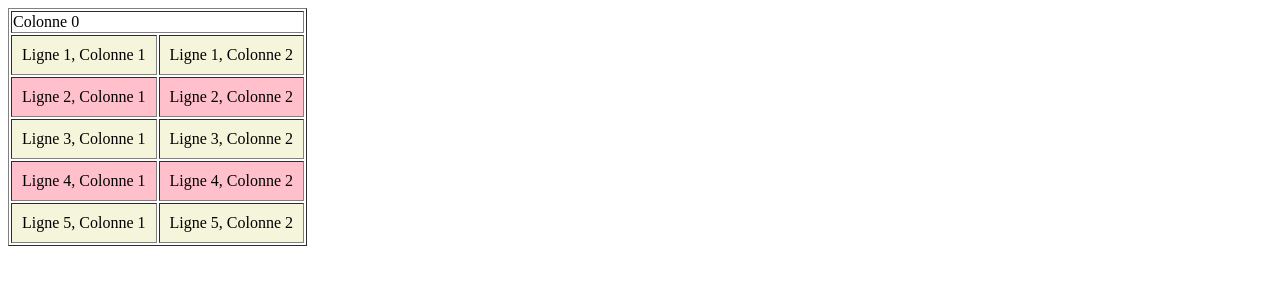
Repository: Chaimaa482/web-tp4
Page: ex1.html
The author's editor kept a copy of each file at every save. The page is drawn from the files as they stood at one save, then again after the next save.
The browser window is 1280 px wide. The pictures show the whole page.

Above is the page before, as saved 2023-10-22 15:53:29.

After the next save:
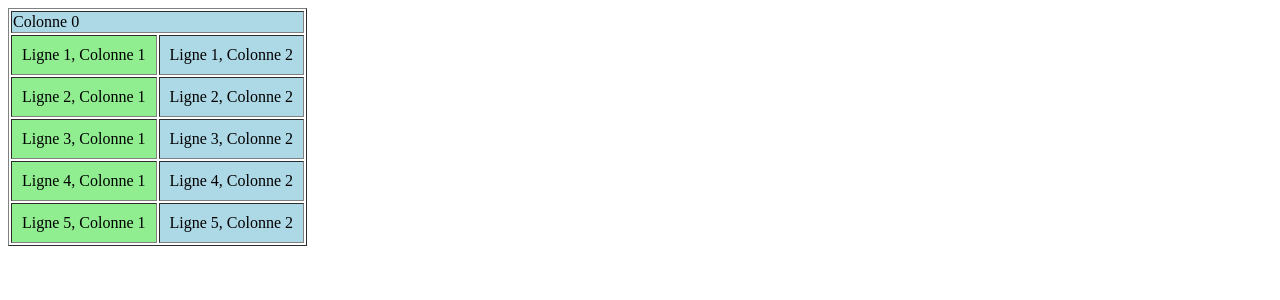
Saved 62 s later.
--- a/ex1.html
+++ b/ex1.html
@@ -2,6 +2,14 @@
 <html>
 <head>
 </head>
+<style>
+    .col1 {
+        background-color: lightblue;
+    }
+    .col2 {
+        background-color: lightgreen;
+    }
+</style>
 <body>
     <table id="myTable" border="1">
         <tr>
